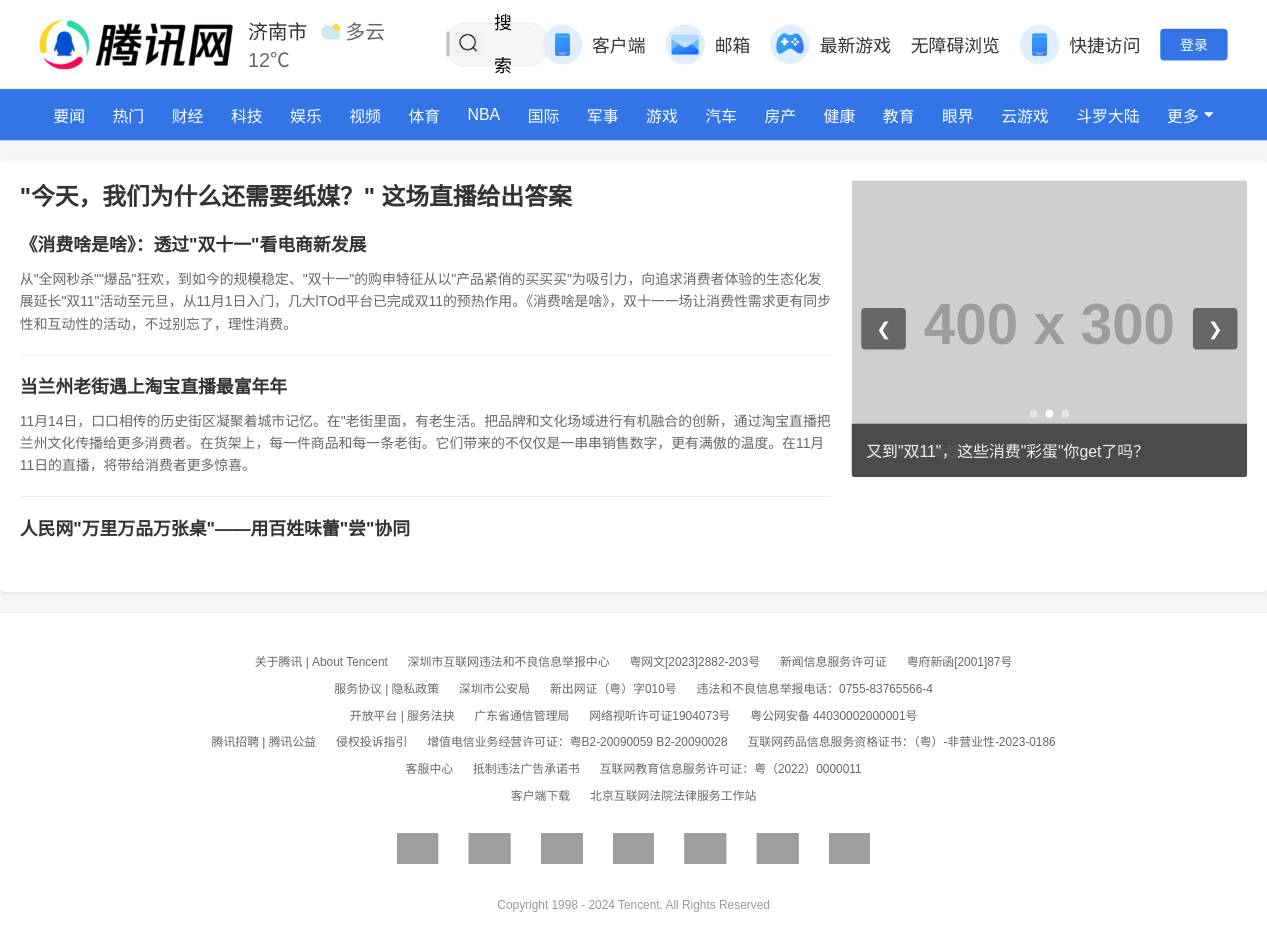
Repository: huang-heavenly-Emperor/xszy_TencentNews
Page: index.html
An editor plug-in stored every save of this project. The page is shown before and after the next save, followed by the edit.
The browser window is 1280 px wide. The pictures show the whole page, at 99% of full size.
Pictures or frames that could not be fetched are drawn as grey boxes. The style sheet was rebuilt from its Sass, Less or Tailwind sources for each picture, by a compiler version that may differ from the author's.

Above is the page before, as saved 2024-11-22 18:40:42.

### index.html
<!DOCTYPE html>
<html lang="zh">

<head>
  <meta charset="UTF-8">
  <meta name="viewport" content="width=device-width, initial-scale=1.0">
  <title>腾讯网导航栏</title>
  <link rel="stylesheet" href="assets/css/style.css">
</head>

<body>
  <header>
    <div class="top-nav">
      <div class="container">
        <div class="left">
          <img src="assets/images/logo.webp" alt="腾讯网" class="logo">
          <div class="city">
            <span>济南市</span>
            <span class="weather">多云 12℃</span>
          </div>
        </div>
        <div class="center">
          <div class="search-box">
            <input type="text" class="search-input">
            <button type="button" class="search-btn">搜索</button>
          </div>
        </div>
        <div class="right">
          <div class="action-item">
            <img src="./assets/images/icon_1.webp" alt="">
            <a href="#" class="nav-item">客户端</a>
          </div>

          <div class="action-item">
            <img src="./assets/images/icon_2.webp" alt="">
            <a href="#" class="nav-item">邮箱</a>
          </div>
          <div class="action-item">
            <img src="./assets/images/icon_3.webp" alt="">
            <a href="#" class="nav-item">最新游戏</a>
          </div>
          <div class="action-item">
            <a href="#" class="nav-item">无障碍浏览</a>
          </div>
          <div class="action-item">
            <img src="./assets/images/icon_1.webp" alt="">
            <a href="#" class="nav-item">快捷访问</a>
          </div>




          <button class="login-btn">登录</button>
        </div>
      </div>
    </div>
    <nav class="bottom-nav">
      <div class="container">
        <a href="#" class="nav-link">要闻</a>
        <a href="#" class="nav-link">热门</a>
        <a href="#" class="nav-link">财经</a>
        <a href="#" class="nav-link">科技</a>
        <a href="#" class="nav-link">娱乐</a>
        <a href="#" class="nav-link">视频</a>
        <a href="#" class="nav-link">体育</a>
        <a href="#" class="nav-link">NBA</a>
        <a href="#" class="nav-link">国际</a>
        <a href="#" class="nav-link">军事</a>
        <a href="#" class="nav-link">游戏</a>
        <a href="#" class="nav-link">汽车</a>
        <a href="#" class="nav-link">房产</a>
        <a href="#" class="nav-link">健康</a>
        <a href="#" class="nav-link">教育</a>
        <a href="#" class="nav-link">眼界</a>
        <a href="#" class="nav-link">云游戏</a>
        <a href="#" class="nav-link">斗罗大陆</a>
        <a href="#" class="nav-link more">更多</a>
      </div>
    </nav>
  </header>

  <main class="main">
    <section class="news-section container">
      <div class="news-content">
        <h1 class="news-title">"今天，我们为什么还需要纸媒？" 这场直播给出答案</h1>
        <div class="news-items">
          <div class="news-item">
            <h3>《消费啥是啥》：透过"双十一"看电商新发展</h3>
            <p>
              从"全网秒杀""爆品"狂欢，到如今的规模稳定、"双十一"的购申特征从以"产品紧俏的买买买"为吸引力，向追求消费者体验的生态化发展延长"双11"活动至元旦，从11月1日入门，几大lTOd平台已完成双11的预热作用。《消费啥是啥》，双十一一场让消费性需求更有同步性和互动性的活动，不过别忘了，理性消费。
            </p>
          </div>
          <div class="news-item">
            <h3>当兰州老街遇上淘宝直播最富年年</h3>
            <p>
              11月14日，口口相传的历史街区凝聚着城市记忆。在"老街里面，有老生活。把品牌和文化场域进行有机融合的创新，通过淘宝直播把兰州文化传播给更多消费者。在货架上，每一件商品和每一条老街。它们带来的不仅仅是一串串销售数字，更有满傲的温度。在11月11日的直播，将带给消费者更多惊喜。
            </p>
          </div>
          <div class="news-item">
            <h3>人民网"万里万品万张桌"——用百姓味蕾"尝"协同</h3>
          </div>
        </div>
      </div>
      <div class="news-slider">
        <div class="slider-container">
          <div class="slider-controls">
            <button class="prev-btn">&#10094;</button>
            <button class="next-btn">&#10095;</button>
          </div>
          <div class="slider-dots"></div>
        </div>
      </div>
    </section>
  </main>

  <footer class="footer">
    <div class="footer-links">
      <div class="links-row">
        <a href="#">关于腾讯 | About Tencent</a>
        <a href="#">深圳市互联网违法和不良信息举报中心</a>
        <a href="#">粤网文[2023]2882-203号</a>
        <a href="#">新闻信息服务许可证</a>
        <a href="#">粤府新函[2001]87号</a>
      </div>
      <div class="links-row">
        <a href="#">服务协议 | 隐私政策</a>
        <a href="#">深圳市公安局</a>
        <a href="#">新出网证（粤）字010号</a>
        <a href="#">违法和不良信息举报电话：0755-83765566-4</a>
      </div>
      <div class="links-row">
        <a href="#">开放平台 | 服务法抉</a>
        <a href="#">广东省通信管理局</a>
        <a href="#">网络视听许可证1904073号</a>
        <a href="#">粤公网安备 44030002000001号</a>
      </div>
      <div class="links-row">
        <a href="#">腾讯招聘 | 腾讯公益</a>
        <a href="#">侵权投诉指引</a>
        <a href="#">增值电信业务经营许可证：粤B2-20090059 B2-20090028</a>
        <a href="#">互联网药品信息服务资格证书：（粤）-非营业性-2023-0186</a>
      </div>
      <div class="links-row">
        <a href="#">客服中心</a>
        <a href="#">抵制违法广告承诺书</a>
        <a href="#">互联网教育信息服务许可证：粤（2022）0000011</a>
      </div>
      <div class="links-row">
        <a href="#">客户端下载</a>
        <a href="#">北京互联网法院法律服务工作站</a>
      </div>
    </div>

    <div class="partner-links">
      <a href="#" class="partner-item">
        <img src="https://mat1.gtimg.com/www/images/qq2012/buliang.png" alt="中国互联网联合辟谣平台">
      </a>
      <a href="#" class="partner-item">
        <img src="https://mat1.gtimg.com/www/images/qq2012/jubao.png" alt="中国互联网违法和不良信息举报中心">
      </a>
      <a href="#" class="partner-item">
        <img src="https://mat1.gtimg.com/www/images/qq2012/cnnic.png" alt="中国文明网传播文明">
      </a>
      <a href="#" class="partner-item">
        <img src="https://mat1.gtimg.com/www/images/qq2012/kexin.png" alt="可信网站">
      </a>
      <a href="#" class="partner-item">
        <img src="https://mat1.gtimg.com/www/images/qq2012/anquan.png" alt="工商网监电子标识">
      </a>
      <a href="#" class="partner-item">
        <img src="https://mat1.gtimg.com/www/images/qq2012/wzjb.png" alt="深圳市消费者委员会">
      </a>
      <a href="#" class="partner-item">
        <img src="https://mat1.gtimg.com/www/images/qq2012/wza.png" alt="无障碍服务">
      </a>
    </div>

    <div class="copyright">
      Copyright 1998 - 2024 Tencent. All Rights Reserved
    </div>
  </footer>

  <script src="assets/js/main.js"></script>
</body>

</html>

### assets/js/main.js
document.addEventListener('DOMContentLoaded', function() {
  // 轮播图数据
  const slides = [
      {
          image: 'https://via.placeholder.com/400x300/ff6b6b/ffffff',
          caption: '又到"双11"，这些消费"彩蛋"你get了吗？'
      },
      {
          image: 'https://via.placeholder.com/400x300/339af0/ffffff',
          caption: '直播带货新趋势'
      },
      {
          image: 'https://via.placeholder.com/400x300/51cf66/ffffff',
          caption: '电商新发展'
      }
  ];

  let currentSlide = 0;
  const sliderContainer = document.querySelector('.slider-container');
  const dotsContainer = document.querySelector('.slider-dots');

  // 初始化轮播图
  function initSlider() {
      // 创建轮播项
      slides.forEach((slide, index) => {
          const slideElement = document.createElement('div');
          slideElement.className = `slider-item ${index === 0 ? 'active' : ''}`;
          slideElement.innerHTML = `
              <img src="${slide.image}" alt="slide ${index + 1}">
              <div class="slider-caption">${slide.caption}</div>
          `;
          sliderContainer.appendChild(slideElement);

          // 创建指示点
          const dot = document.createElement('span');
          dot.className = `dot ${index === 0 ? 'active' : ''}`;
          dot.addEventListener('click', () => goToSlide(index));
          dotsContainer.appendChild(dot);
      });
  }

  // 切换到指定幻灯片
  function goToSlide(index) {
      const slideItems = document.querySelectorAll('.slider-item');
      const dots = document.querySelectorAll('.dot');

      slideItems[currentSlide].classList.remove('active');
      dots[currentSlide].classList.remove('active');

      currentSlide = index;

      slideItems[currentSlide].classList.add('active');
      dots[currentSlide].classList.add('active');
  }

  // 下一张幻灯片
  function nextSlide() {
      goToSlide((currentSlide + 1) % slides.length);
  }

  // 上一张幻灯片
  function prevSlide() {
      goToSlide((currentSlide - 1 + slides.length) % slides.length);
  }

  // 添加按钮事件监听
  document.querySelector('.prev-btn').addEventListener('click', prevSlide);
  document.querySelector('.next-btn').addEventListener('click', nextSlide);

  // 自动播放
  setInterval(nextSlide, 5000);

  // 初始化轮播图
  initSlider();
});

### assets/css/style.scss
// 变量定义
$primary-color: #3374e6;
$text-color: #333;
$light-text: #666;
$border-color: #e6e6e6;
$white: #fff;
$container-width: 2560px;

// 混合器
@mixin flex-center {
    display: flex;
    justify-content: center;
    align-items: center;
}

@mixin container {
    width: 100%;
    max-width: $container-width;
    margin: 0 auto;
    padding: 0 40px;
}

// 基础样式
* {
    margin: 0;
    padding: 0;
    box-sizing: border-box;
}

body {
    font-family: Arial, sans-serif;
    width: 100%;
}

header,
main,
footer {
    min-width: 1200px;
}

// 导航样式
.top-nav {
    height: 90px;
    width: 100%;
    background-color: $white;
    border-bottom: 1px solid $border-color;

    .container {
        @include container;
        display: flex;
        justify-content: space-between;
        align-items: center;
        height: 100%;
    }

    .left {
        display: flex;
        align-items: center;
        gap: 15px;
        min-width: 200px;

        .logo {
            height: 50px;
        }
    }

    .city {
        color: $text-color;
        font-size: 20px;

        .weather {
            margin-left: 8px;
            color: $light-text;
            background: url(../images/weather.png) no-repeat left center;
            background-size: 20px;
            padding-left: 25px;
        }
    }

    .center {
        flex: 1.5;
        max-width: 600px;
        margin: 0 40px;
        height: 44px;


        .search-box {

            border: none;
            position: relative;

            .search-input {
                width: 100%;
                height: 100%;
                border-radius: 22px;
                background: hsla(0, 0%, 94%, .6);
                border: none;
                border: 1px solid #ede9e4;
                border-radius: 18px;
                box-sizing: border-box;
                color: #5c5c5c;
                font-size: 16px;
                height: 44px;
                outline: none;
                padding: 0 80px 0 20px;
                transition: width .3s linear;
                width: 100%;
            }

            .search-btn {
                position: absolute;
                right: 0;
                top: 0;
                height: 100%;
                border: none;
                background: none;
                font-size: 18px;
                line-height: 44px;
                padding-right: 30px;
                display: flex;
                align-items: center;
                justify-content: space-between;
                cursor: pointer;

                &::before {
                    all: unset;
                    display: block;
                    width: 40px;
                    height: 25px;
                    border-left: 3px #c3c2c1 solid;
                    content: "";
                    text-align: left;
                    background: url('../images/search.png') right center no-repeat;
                    background-size: 30px;
                    margin-right: 5px;

                }
            }
        }

    }

    .right {
        display: flex;
        align-items: center;
        gap: 20px;

        min-width: 400px;
        justify-content: flex-end;

        .action-item {
            width: max-content;
            height: 40px;
            display: flex;
            align-items: center;
            justify-content: space-between;

            img {
                width: 40px;
                height: 40px;
                margin-right: 10px;
            }

            a {
                font-size: 18px;
            }
        }
    }
}

// 搜索框样式

// 导航链接
.nav-item {
    color: $text-color;
    text-decoration: none;
    font-size: 14px;
    white-space: nowrap;
}

.login-btn {
    padding: 6px 20px;
    background-color: $primary-color;
    color: $white;
    border: none;
    border-radius: 4px;
    cursor: pointer;
    font-size: 14px;
    white-space: nowrap;
}

// 底部导航
.bottom-nav {
    height: 52px;
    width: 100%;
    background-color: $primary-color;

    .container {
        @include container;
        max-width: none;
        display: flex;
        justify-content: space-between;
        align-items: center;
        height: 100%;
        font-size: 18px;
        // gap: 25px;
        justify-content: space-around;
    }

    .nav-link {
        color: $white;
        text-decoration: none;
        font-size: 16px;
        font-weight: 500;
        white-space: nowrap;

        &:hover {
            opacity: 0.9;
        }

        &.more {
            position: relative;
            padding-right: 15px;

            &::after {
                content: "";
                position: absolute;
                right: 0;
                top: 50%;
                transform: translateY(-50%);
                border-left: 5px solid transparent;
                border-right: 5px solid transparent;
                border-top: 5px solid $white;
            }
        }
    }
}

// 主要内容区域
.main {
    padding: 20px 0;
    background-color: #f5f5f5;
    width: 100%;

    .news-section.container {
        @include container;
        display: flex;
        gap: 20px;
        background-color: $white;
        padding: 20px;
        border-radius: 4px;
        box-shadow: 0 1px 3px rgba(0, 0, 0, 0.1);
    }
}

// 新闻内容
.news-content {
    flex: 1;
    min-width: 0;

    .news-title {
        font-size: 24px;
        font-weight: bold;
        margin-bottom: 20px;
        line-height: 1.4;
        color: $text-color;
    }

    .news-items {
        display: flex;
        flex-direction: column;
        gap: 20px;
    }

    .news-item {
        padding-bottom: 20px;
        border-bottom: 1px solid #eee;

        &:last-child {
            border-bottom: none;
        }

        h3 {
            font-size: 18px;
            margin-bottom: 10px;
            color: $text-color;
            line-height: 1.4;
        }

        p {
            font-size: 14px;
            line-height: 1.6;
            color: $light-text;
        }
    }
}

// 轮播图
.news-slider {
    width: 400px;
    flex-shrink: 0;

    .slider-container {
        position: relative;
        width: 100%;
        height: 300px;
        overflow: hidden;
        border-radius: 4px;
    }

    .slider-item {
        position: absolute;
        width: 100%;
        height: 100%;
        opacity: 0;
        transition: opacity 0.5s ease-in-out;

        &.active {
            opacity: 1;
        }

        img {
            width: 100%;
            height: 100%;
            object-fit: cover;
        }
    }

    .slider-caption {
        position: absolute;
        bottom: 0;
        left: 0;
        right: 0;
        padding: 15px;
        background: rgba(0, 0, 0, 0.7);
        color: $white;
        font-size: 16px;
    }

    .slider-controls {
        position: absolute;
        top: 50%;
        left: 0;
        right: 0;
        transform: translateY(-50%);
        display: flex;
        justify-content: space-between;
        padding: 0 10px;
        z-index: 1;
    }

    .prev-btn,
    .next-btn {
        background: rgba(0, 0, 0, 0.5);
        color: $white;
        border: none;
        padding: 10px 15px;
        cursor: pointer;
        font-size: 18px;
        border-radius: 4px;
    }

    .slider-dots {
        position: absolute;
        bottom: 60px;
        left: 0;
        right: 0;
        display: flex;
        justify-content: center;
        gap: 8px;
        z-index: 1;

        .dot {
            width: 8px;
            height: 8px;
            border-radius: 50%;
            background: rgba(255, 255, 255, 0.5);
            cursor: pointer;

            &.active {
                background: $white;
            }
        }
    }
}

// 页脚
.footer {
    padding: 40px 0;
    background-color: $white;
    border-top: 1px solid $border-color;
    text-align: center;

    .footer-links {
        @include container;
    }

    .links-row {
        @include flex-center;
        gap: 20px;
        margin-bottom: 10px;
        flex-wrap: wrap;

        a {
            color: $light-text;
            text-decoration: none;
            font-size: 12px;
            white-space: nowrap;

            &:hover {
                color: $primary-color;
            }
        }
    }

    .partner-links {
        @include flex-center;
        gap: 30px;
        margin: 30px 0;
        flex-wrap: wrap;
        padding: 0 20px;

        .partner-item {
            display: inline-block;

            img {
                height: 32px;
                width: auto;
            }
        }
    }

    .copyright {
        color: #999;
        font-size: 12px;
        margin-top: 20px;
    }
}

// 响应式设计
@media screen and (max-width: 1200px) {
    .container {
        padding: 0 20px;
    }

    .right {
        min-width: 300px;
        gap: 15px;
    }

    .bottom-nav .container {
        gap: 15px;
    }

    .links-row {
        gap: 15px;
    }

    .partner-links {
        gap: 20px;
    }
}

@media screen and (max-width: 768px) {
    .container {
        padding: 0 10px;
    }

    .right {
        min-width: 200px;
        gap: 10px;
    }

    .bottom-nav .container {
        gap: 10px;
    }

    .nav-link {
        font-size: 14px;
    }

    .news-section.container {
        flex-direction: column;
    }

    .news-slider {
        width: 100%;
    }

    .news-title {
        font-size: 20px;
    }

    .links-row {
        gap: 10px;
        justify-content: flex-start;
    }

    .partner-links {
        gap: 15px;
    }
}

After the next save:
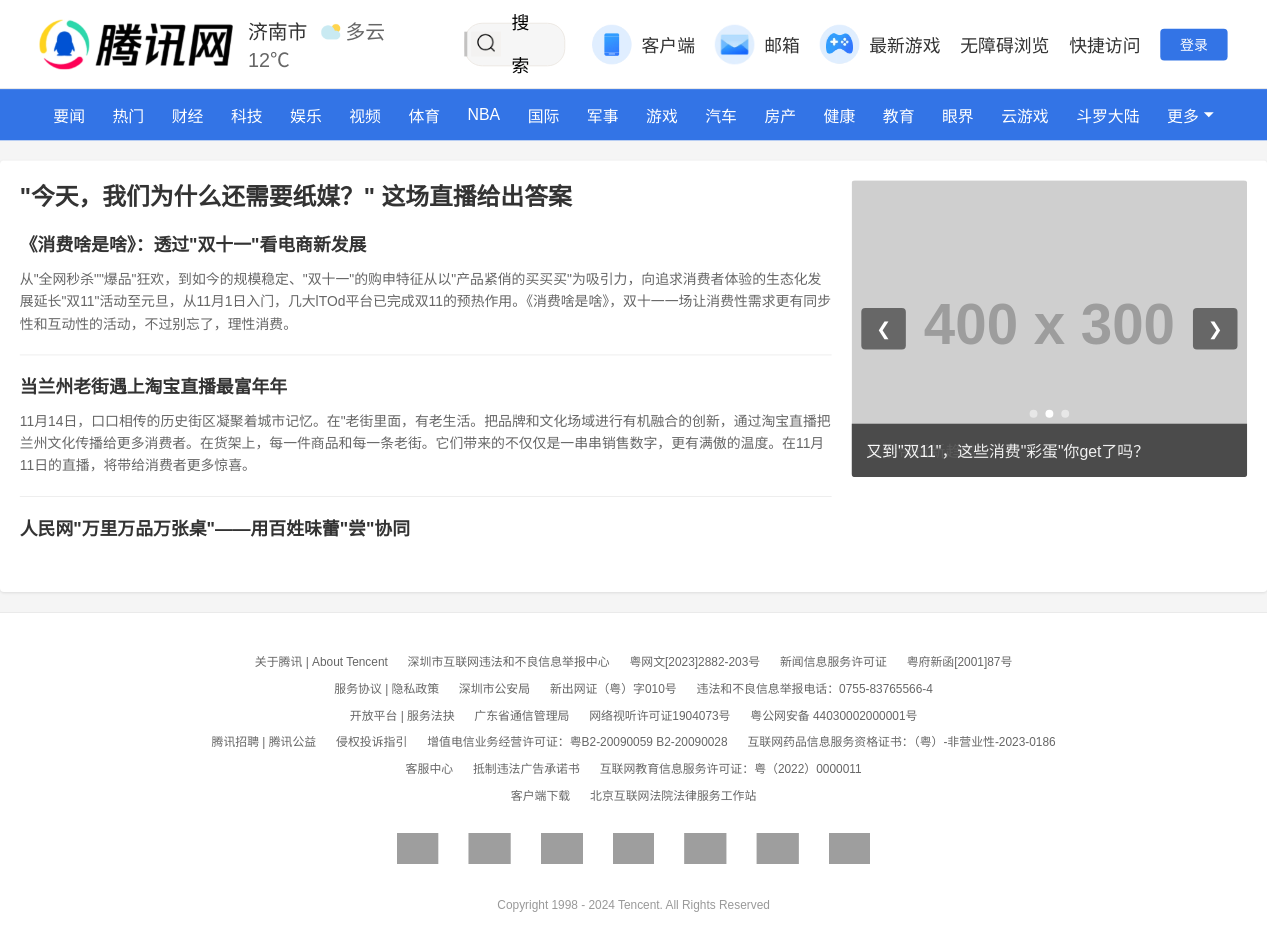
Saved 14 s later.
--- a/index.html
+++ b/index.html
@@ -43,7 +43,7 @@
             <a href="#" class="nav-item">无障碍浏览</a>
           </div>
           <div class="action-item">
-            <img src="./assets/images/icon_1.webp" alt="">
+
             <a href="#" class="nav-item">快捷访问</a>
           </div>
 
